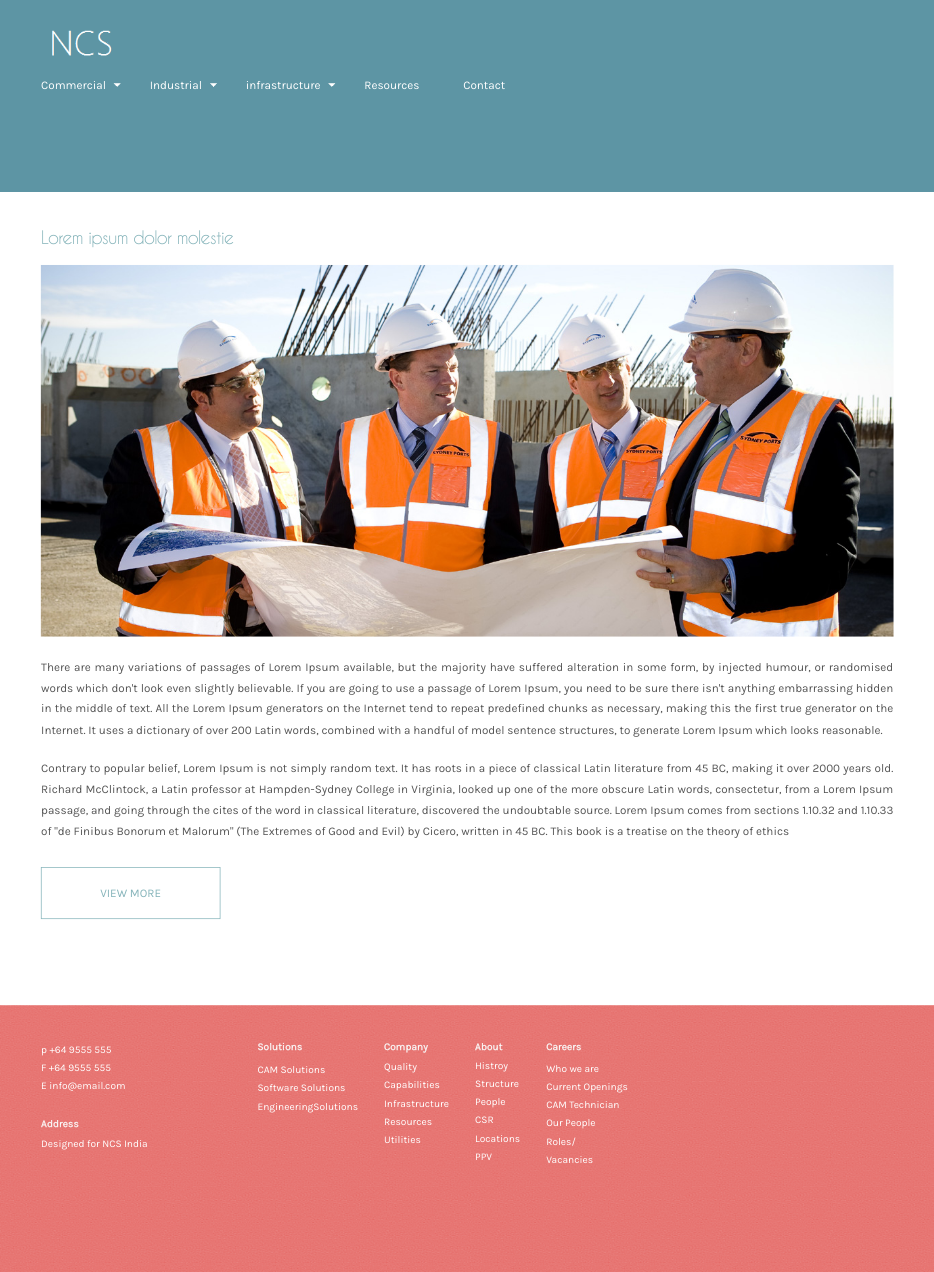
Repository: achalbi/NCS_demo
Page: public/details.html
The author's editor kept a record of every edit. The page is drawn from the files as they stood at one moment, then again after the next edit.
The browser window is 1280 px wide. The pictures show the whole page, at 73% of full size.

Above is the page before.

After the next edit:
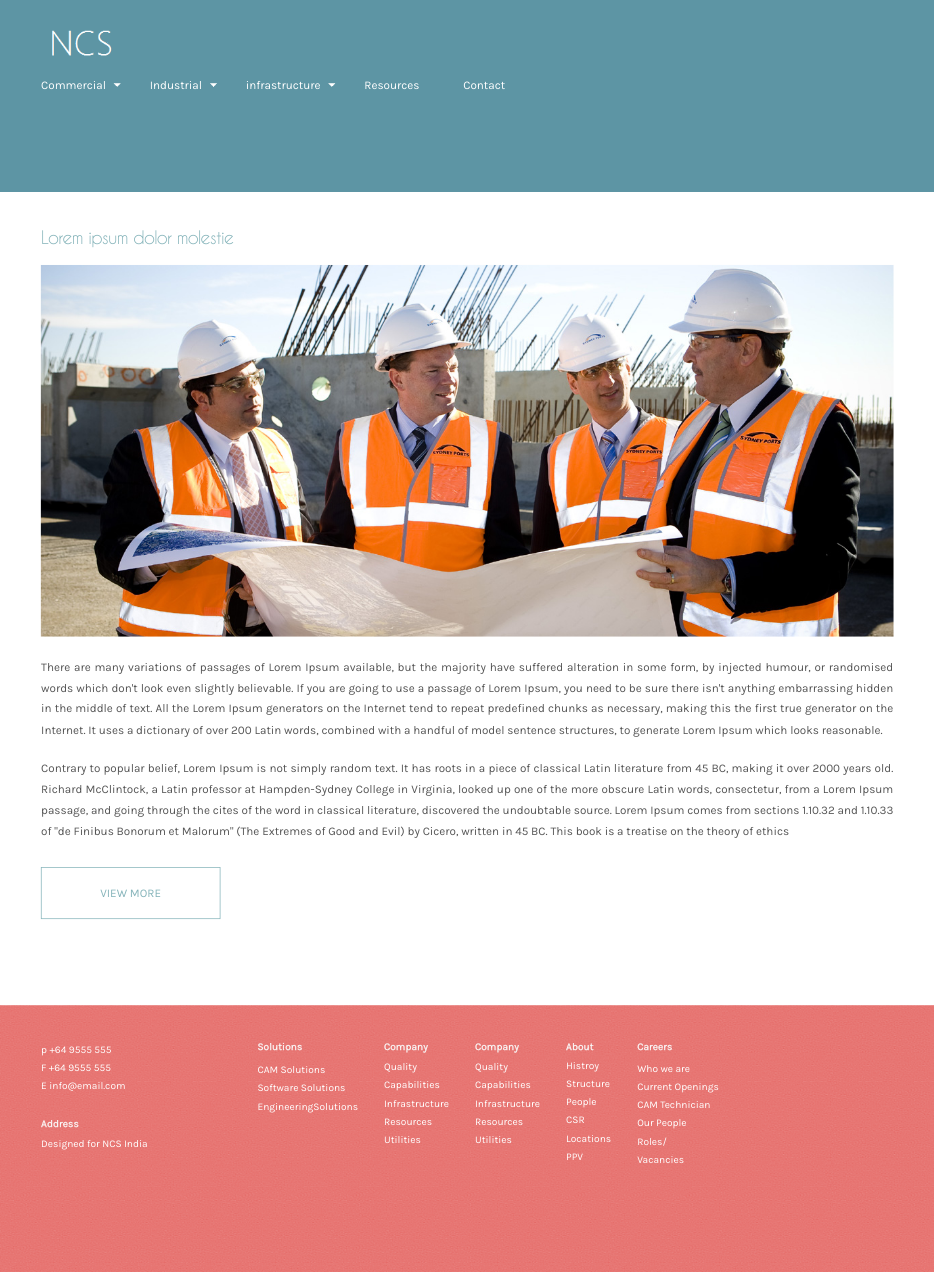
The edit:
--- a/public/details.html
+++ b/public/details.html
@@ -113,6 +113,16 @@
 				<li><a href="">Utilities</a></li>
 			</ul>
 			</div>
+				<div class="f_grid2 left">
+			<h3>Company</h3>
+			<ul class="f_nav">
+				<li><a href="">Quality</a></li>
+				<li><a href="">Capabilities</a></li>
+				<li><a href="">Infrastructure</a></li>
+				<li><a href="">Resources</a></li>
+				<li><a href="">Utilities</a></li>
+			</ul>
+			</div>
 			<div class="f_grid2 left hide">
 			<h3>About</h3>
 			<ul class="f_nav">
